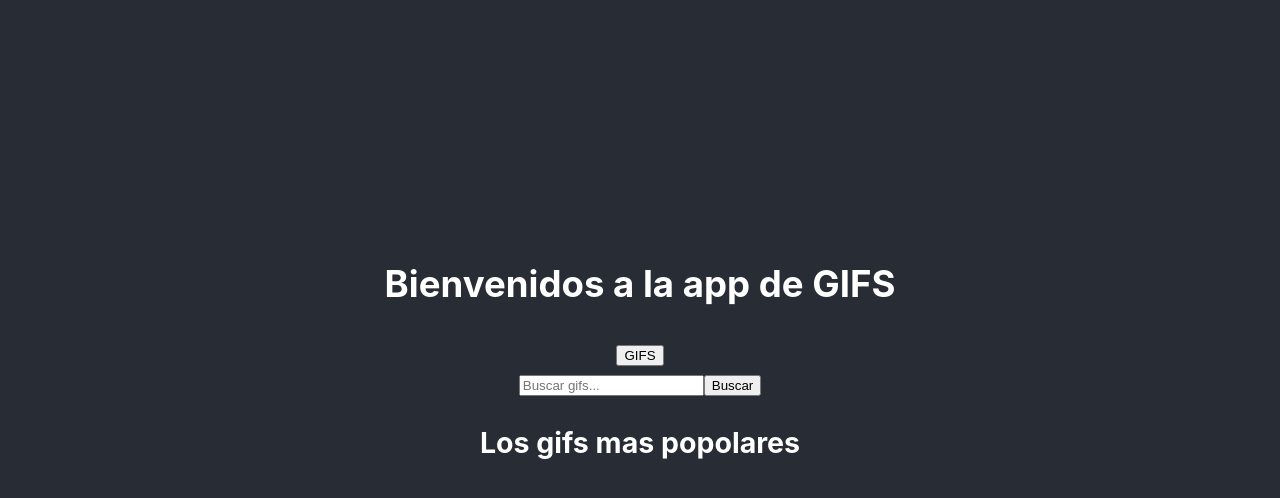
Repository: DamianBermudez94/buscador-gifs
Page: /
These files come from the project's save history. The page is drawn as it stood at one moment and after the next save; the edit follows.
The browser window is 1280 px wide. The pictures show the whole page.
The project was rebuilt for these pictures with package versions that can differ from the ones it lists, and the page was loaded fresh each time. Also part of the build but not shown: src/component/gifs.css, src/component/gif.js, src/api/urlApi.js, src/component/ListOfGifs.js.

Above is the page before, as saved 2022-10-10 18:58:45.

After the next save:
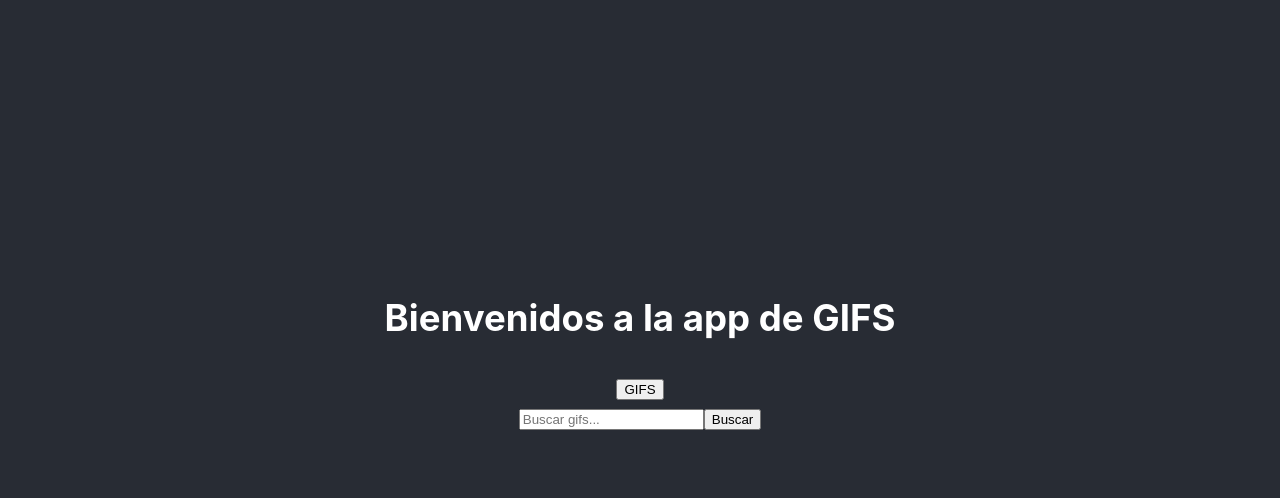
Saved 19 s later.
--- a/src/pages/home/index.js
+++ b/src/pages/home/index.js
@@ -26,7 +26,6 @@ export default function Home(){
                 <button>Buscar</button>
             </form>
 
-            <h3 className="App-title">Los gifs mas popolares</h3>
             <ul>
                 {POPULAR_GIFS.map((popularesGifs)=>{
                     <li key={popularesGifs}>
